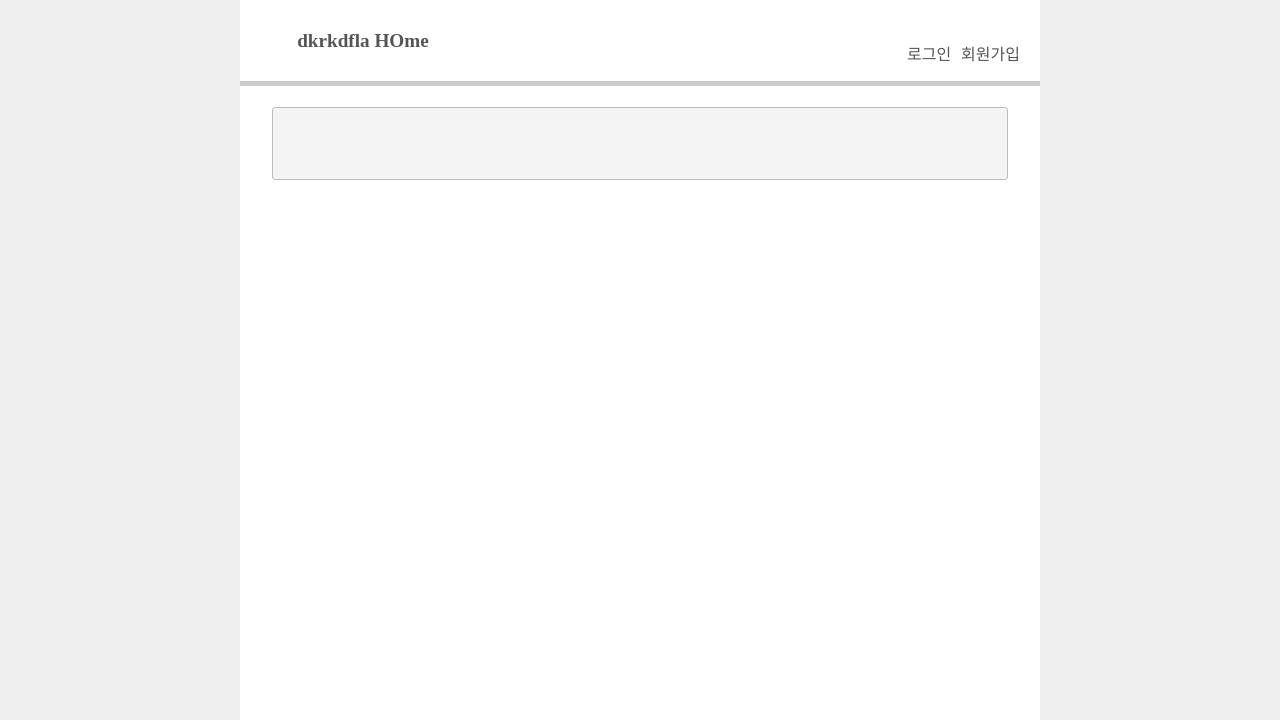
Repository: Dusajang/JSPClass
Page: http://localhost/jspPro/days04/ex02.jsp
These files come from the project's save history. The page is drawn as it stood at one moment and after the next save; the edit follows.
The browser window is 1280 px wide. The pictures show the whole page.
Some web fonts or font styles are not loaded; a fallback is used. The page is served by Tomcat 9.

Above is the page before, as saved 2024-10-18 02:49:11.

After the next save:
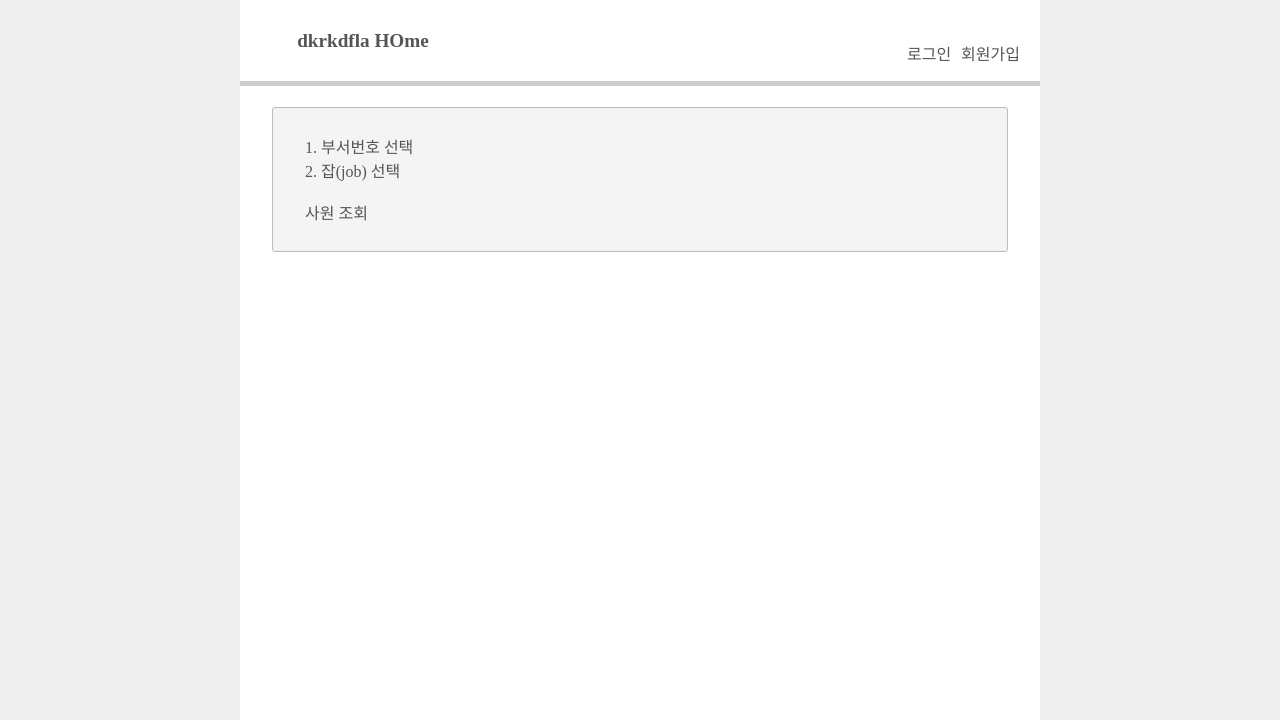
Saved 2 min 38 s later.
--- a/jspPro/src/main/webapp/days04/ex02.jsp
+++ b/jspPro/src/main/webapp/days04/ex02.jsp
@@ -27,7 +27,10 @@
 </header>
 <div>
   <xmp class="code">
+    1. 부서번호 선택
+    2. 잡(job) 선택
 
+    사원 조회
   </xmp>
 </div>
 </body>
